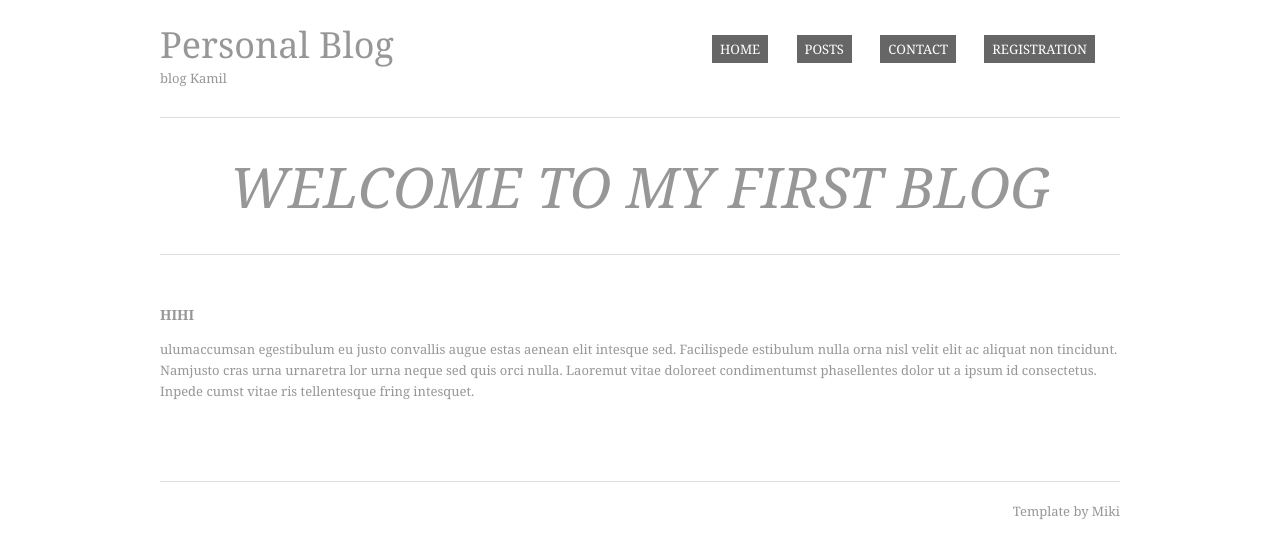
Repository: kamilolejniczak/Spring-kurs-nauka
Page: http://localhost/about
An editor plug-in stored every save of this project. The page is shown before and after the next save, followed by the edit.
The browser window is 1280 px wide. The pictures show the whole page.
The page is this project's Thymeleaf template; nobody is signed in. The template is opened directly, without the code that normally fills it, so the values that code supplies are empty.

Above is the page before, as saved 2017-08-30 11:24:47.

### D-MVC2-JAR/src/main/resources/templates/about.html
<!DOCTYPE html>
<html lang="en" dir="ltr" xmlns:th="http://www.thymeleaf.org">
<head>
<title>Basic 79</title>
<meta charset="iso-8859-1" />
<link rel="stylesheet" href="layout.css" type="text/css" />
</head>
<body>
<div class="wrapper row1">
  <header id="header" class="clear">
    <div id="hgroup">
      <h1><a href="#">Personal Blog</a></h1>
      <h2>blog Kamil</h2>
    </div>
    <nav>
      <ul>
        <li><a href="/">Home</a></li>
        <li><a href="#">Posts</a></li>
        <li><a href="/contact">Contact</a></li>
        <li><a href="/registerForm">Registration</a></li>
      </ul>
    </nav>
  </header>
</div>
<!-- content -->
<div class="wrapper row2">
  <div id="container" class="clear">
    <!-- content body -->
    <section id="shout">
      <h1>Welcome to my first Blog</h1>
    </section>
    <!-- main content -->
    <section id="services" class="clear">
      <!-- article 1 -->
      <article>
        <h2>HiHi</h2>
        <p>ulumaccumsan egestibulum eu justo convallis augue estas aenean elit intesque sed. Facilispede estibulum nulla orna nisl velit elit ac aliquat non tincidunt. Namjusto cras urna urnaretra lor urna neque sed quis orci nulla. Laoremut vitae doloreet condimentumst phasellentes dolor ut a ipsum id consectetus. Inpede cumst vitae ris tellentesque fring intesquet.</p>
        <!-- <footer class="more"><a href="#">Read More &raquo;</a></footer> -->
      </article>
    </section>
    <!-- / content body -->
  </div>
</div>
<!-- footer -->
<div class="wrapper row3">
  <footer id="footer" class="clear">
    <p class="fl_right">Template by Miki</p>
  </footer>
</div>
</body>
</html>

### D-MVC2-JAR/src/main/resources/static/layout.css
html{overflow-y:scroll;} /* Forces a scrollbar when the viewport is larger than the websites content - CSS3 */

body{margin:0; padding:0; font-size:13px; font-family:Georgia, "Times New Roman", Times, serif; color:#979797; background-color:#FFFFFF;}

.clear:after{content:"."; display:block; height:0; clear:both; visibility:hidden; line-height:0;}
.clear{display:block; clear:both;}
html[xmlns] .clear{display:block;}
* html .clear{height:1%;}

a{outline:none; text-decoration:none;}

code{font-weight:normal; font-style:normal; font-family:Georgia, "Times New Roman", Times, serif;}

.fl_left{float:left;}
.fl_right{float:right;}

img{margin:0; padding:0; border:none; line-height:normal; vertical-align:middle;}
.imgholder, .imgl, .imgr{padding:4px; border:1px solid #D6D6D6; text-align:center;}
.imgl{float:left; margin:0 15px 15px 0; clear:left;}
.imgr{float:right; margin:0 0 15px 15px; clear:right;}

/*----------------------------------------------HTML 5 Overrides-------------------------------------*/

address, article, aside, figcaption, figure, footer, header, nav, section{display:block; margin:0; padding:0;}

q{display:block; padding:0 10px 8px 10px; color:#979797; background-color:#ECECEC; font-style:italic; line-height:normal;}
q:before{content:'� '; font-size:26px;}
q:after{content:' �'; font-size:26px; line-height:0;}

/* ----------------------------------------------Wrapper-------------------------------------*/

div.wrapper{display:block; width:960px; margin:0 auto; padding:0; text-align:left;}

.row1, .row1 a{color:#979797; background-color:#FFFFFF;}
.row2{color:#979797; background-color:#FFFFFF;}
.row2 a{color:#FF9900; background-color:#FFFFFF;}
.row3{border-top:1px solid #DEDEDE;}
.row3, .row3 a{color:#979797; background-color:#FFFFFF;}

/*----------------------------------------------Generalise-------------------------------------*/

#header, #container, #footer{display:block; width:960px;}

nav ul{margin:0; padding:0; list-style:none;}

h1, h2, h3, h4, h5, h6{margin:0; padding:0; font-size:16px; font-weight:bold; font-style:normal; line-height:normal; text-transform:uppercase;}

address{font-style:normal;}

blockquote, q{display:block; padding:8px 10px; color:#979797; background-color:#ECECEC; font-style:italic; line-height:normal;}
blockquote:before, q:before{content:'� '; font-size:26px;}
blockquote:after, q:after{content:' �'; font-size:26px; line-height:0;}

.one_third, .two_third, .three_third{display:block; float:left; margin:0 30px 0 0;}
.one_third{width:300px;}
.two_third{width:630px;}
.three_third{width:960px; float:none; margin-right:0; clear:both;}
.lastbox{margin-right:0;}

/*----------------------------------------------Header-------------------------------------*/

#header{}

#header #hgroup{padding:20px 0 0 0; float:left;}
#header #hgroup h1, #header #hgroup h2{font-weight:normal; text-transform:none;}
#header #hgroup h1{font-size:36px;}
#header #hgroup h2{font-size:13px;}

#header nav{display:block; float:right; margin:20px 0 0 0; padding:20px 0;}
#header nav ul{}
#header nav li{display:inline; margin-right:25px; text-transform:uppercase;}
#header nav li.last{margin-right:0;}
#header nav li a{padding:5px 8px; color:#FFFFFF; background-color:#666666;}
#header nav li a:hover{color:#FF9900; background-color:#FFFFFF;}

/*----------------------------------------------Content Area-------------------------------------*/

#container{padding:30px 0;}
#container section{display:block; width:100%; margin:0 0 30px 0; padding:0;}
#container .last{margin:0;}
#container .more{text-align:right;}

/* ------Shout-----*/

#container #shout{margin-bottom:50px; padding:30px 0; border-top:1px solid #DEDEDE; border-bottom:1px solid #DEDEDE;}
#container #shout h1{font-size:56px; font-weight:normal; font-style:italic; text-transform:uppercase; text-align:center;}
#container #shout p{font-size:16px; margin-bottom:0; padding-bottom:0; line-height:1.8em;}

/* ------services-----*/

#container #services{margin-bottom:50px; line-height:1.6em;}
#container #services article{}
#container #services article h2{font-size:14px; margin-bottom:15px;}
#container #services article p{margin:0; padding:0;}
#container #services article img{float:left; width:80px; height:80px; margin:0 10px 10px 0; padding:4px; border:1px solid #DEDEDE;}
#container #services article footer{margin:10px 0 0 0;}

/*----------------------------------------------Footer-------------------------------------*/

#footer{padding:20px 0;}
#footer p{margin:0; padding:0;}

After the next save:
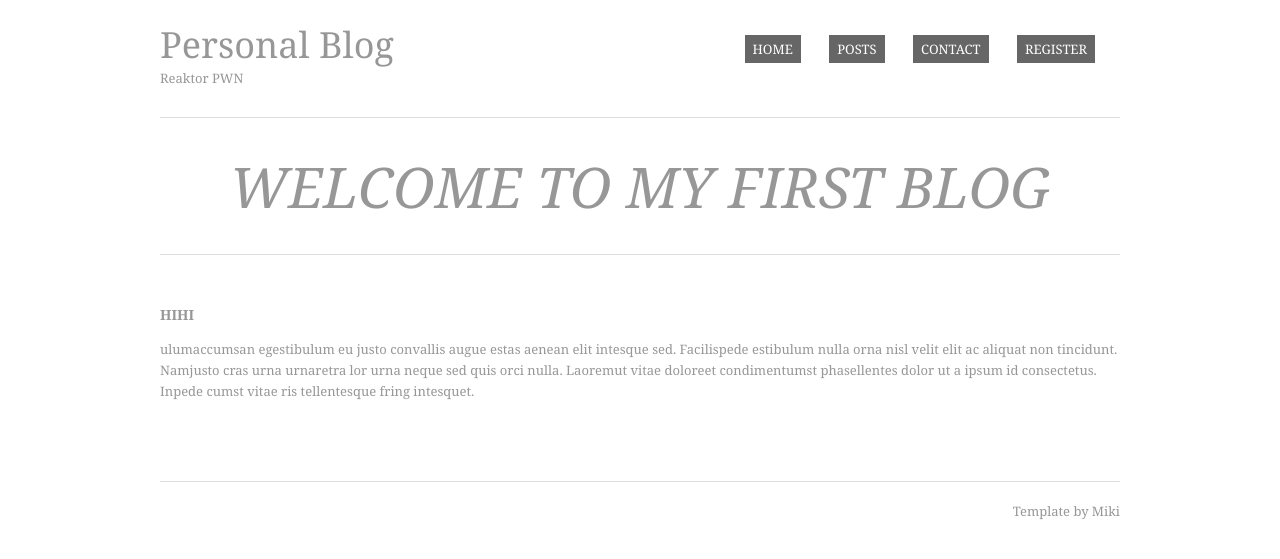
Saved 49 s later.
--- a/D-MVC2-JAR/src/main/resources/templates/about.html
+++ b/D-MVC2-JAR/src/main/resources/templates/about.html
@@ -10,14 +10,14 @@
   <header id="header" class="clear">
     <div id="hgroup">
       <h1><a href="#">Personal Blog</a></h1>
-      <h2>blog Kamil</h2>
+      <h2>Reaktor PWN</h2>
     </div>
     <nav>
       <ul>
-        <li><a href="/">Home</a></li>
-        <li><a href="#">Posts</a></li>
+        <li><a href="#">Home</a></li>
+        <li><a href="/loginForm">Posts</a></li>
         <li><a href="/contact">Contact</a></li>
-        <li><a href="/registerForm">Registration</a></li>
+        <li><a href="/registerForm">Register</a></li>
       </ul>
     </nav>
   </header>
